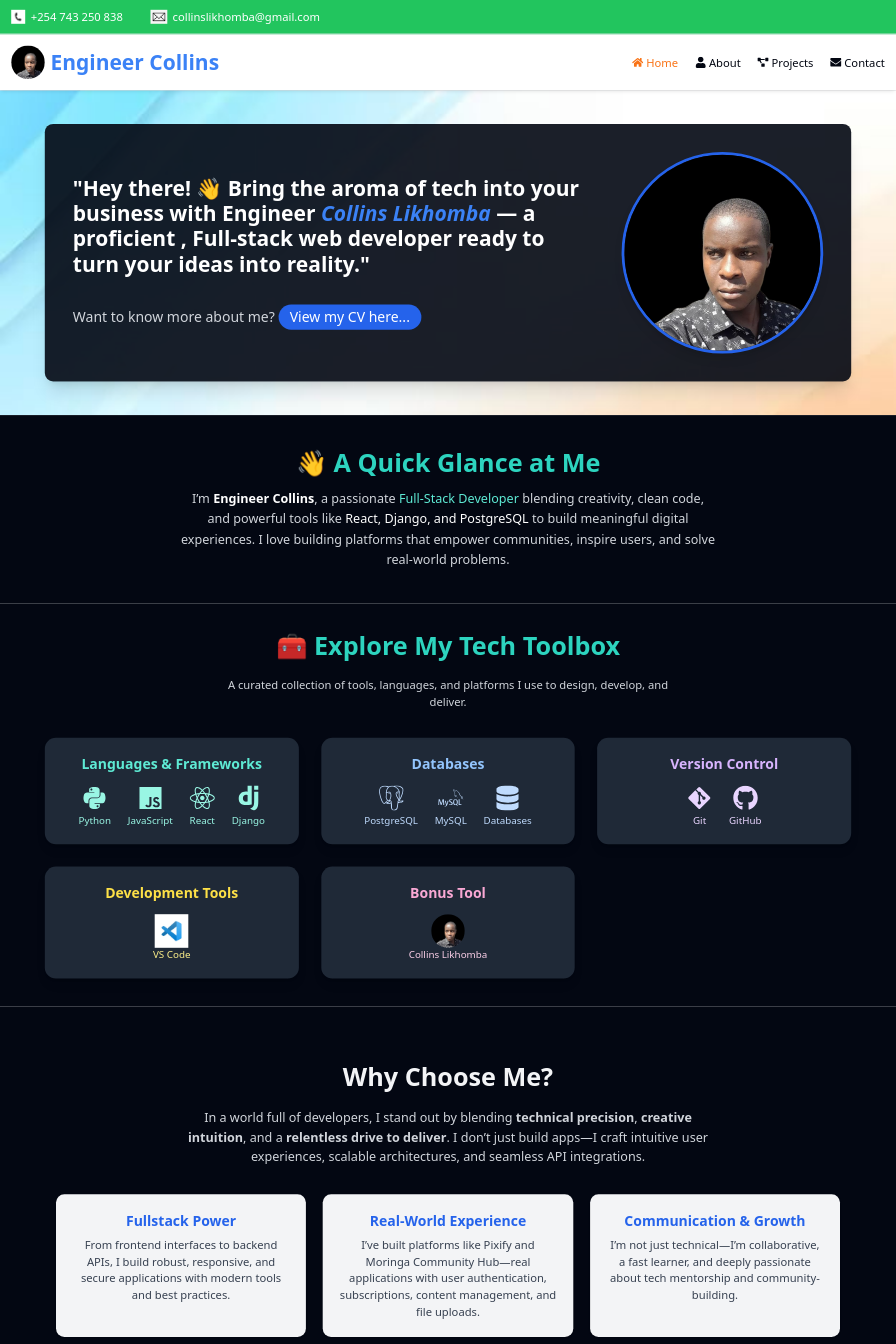
Repository: Engineer-collo/Portfolio
Page: /
The author's editor kept a copy of each file at every save. The page is drawn from the files as they stood at one save, then again after a run of saves.
The browser window is 1280 px wide. The pictures show the part of the page from y = 0 to 1920 px (the page is 2586 px tall), at 70% of full size.
The project was rebuilt for these pictures with package versions that can differ from the ones it lists, and the page was loaded fresh each time. Also part of the build but not shown: vite.config.js, src/pages/About.jsx, src/pages/Projects.jsx, src/pages/Contact.jsx, src/pages/Blog.jsx, src/pages/Skills.jsx.

Above is the page before, as saved 2025-06-10 20:02:28.

After the next 2 saves:
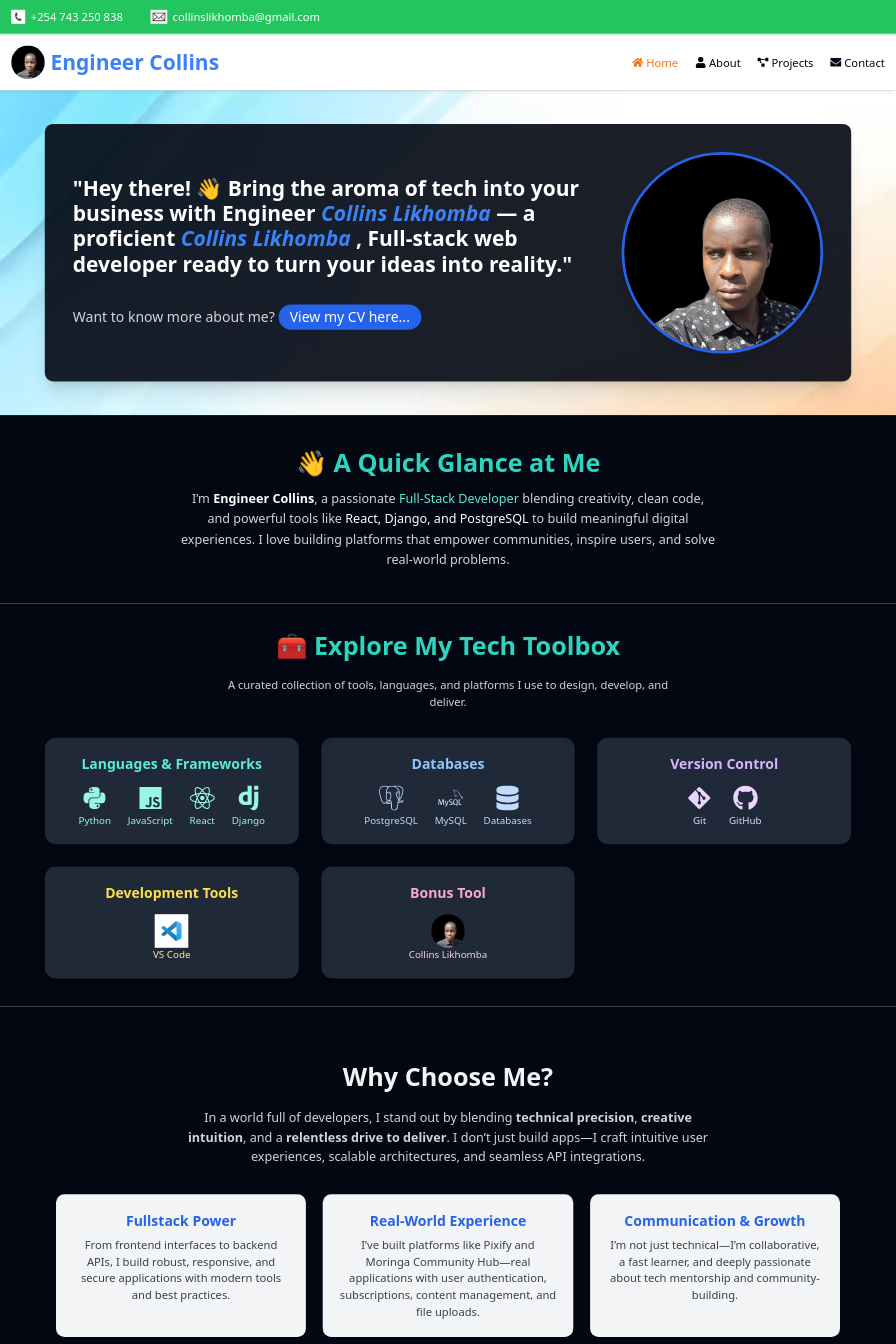
The 2 saves are shown as one change because they came seconds apart.
The last was saved 27 s later.
--- a/src/pages/HomePage.jsx
+++ b/src/pages/HomePage.jsx
@@ -29,7 +29,10 @@
               <span>
                 <i className="text-blue-500"><strong>Collins Likhomba</strong></i>
               </span>{" "}
-              — a proficient , Full-stack web developer ready to turn your ideas into reality."
+              — a proficient               <span>
+                <i className="text-blue-500"><strong>Collins Likhomba</strong></i>
+              </span>{" "}
+ , Full-stack web developer ready to turn your ideas into reality."
             </h1>
             <p className="text-xl pt-6 text-gray-300">
               Want to know more about me?&nbsp;

After the save that followed:
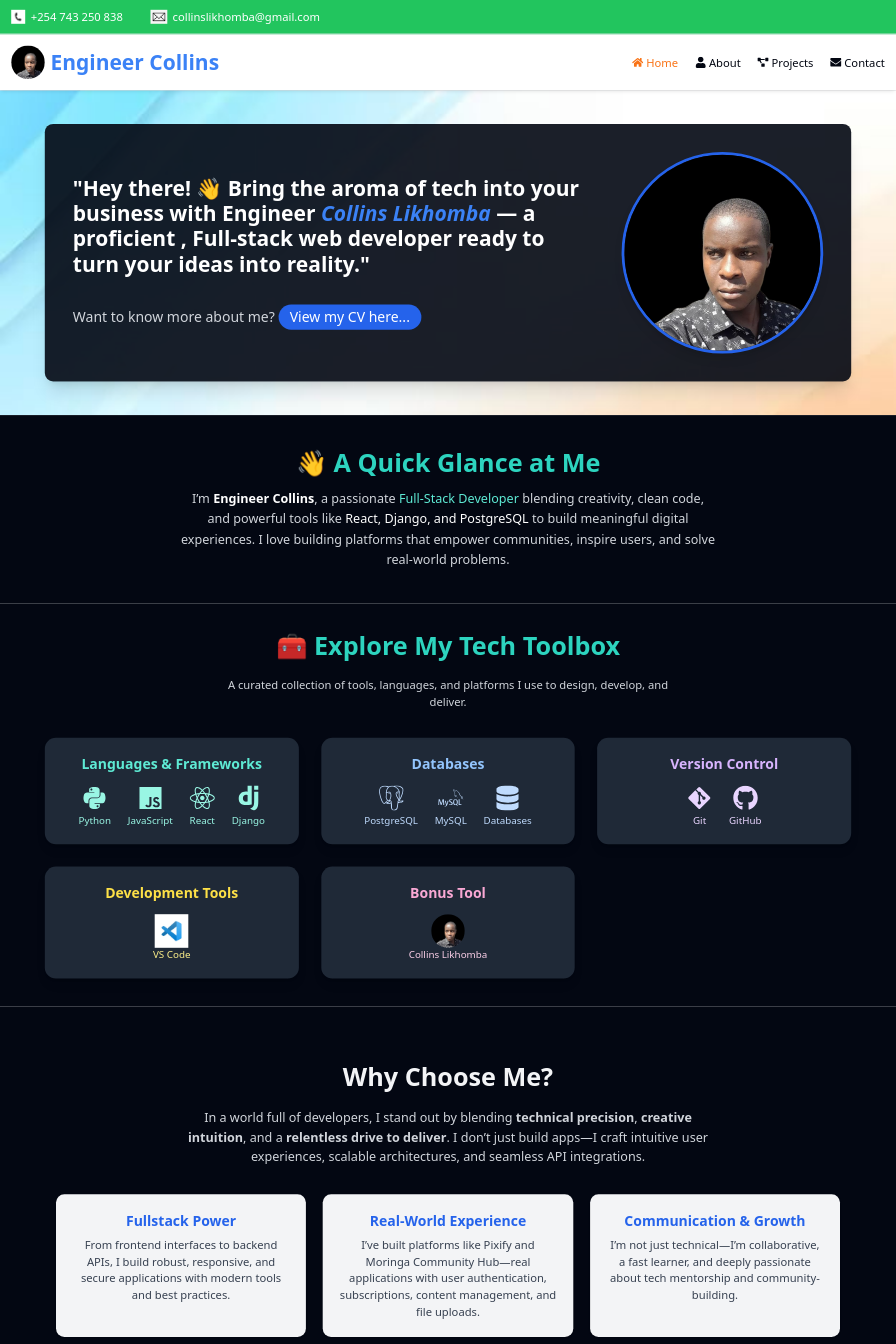
Saved 9 s later.
--- a/src/pages/HomePage.jsx
+++ b/src/pages/HomePage.jsx
@@ -30,7 +30,7 @@
                 <i className="text-blue-500"><strong>Collins Likhomba</strong></i>
               </span>{" "}
               — a proficient               <span>
-                <i className="text-blue-500"><strong>Collins Likhomba</strong></i>
+                <i className="text-blue-500"><strong></strong></i>
               </span>{" "}
  , Full-stack web developer ready to turn your ideas into reality."
             </h1>
